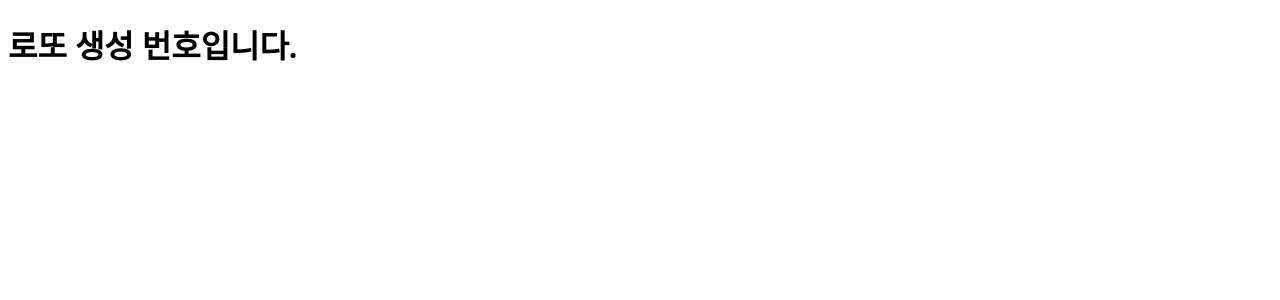
Repository: JongMin22/jsp.practice
Page: http://localhost/JSPBasic/JsPTag/TagQ03.jsp
An editor plug-in stored every save of this project. The page is shown before and after a run of saves, followed by the edit.
The browser window is 1280 px wide. The pictures show the whole page.
The page is served by Tomcat 9.

Above is the page before, as saved 2022-02-03 01:30:13.

After the next 3 saves:
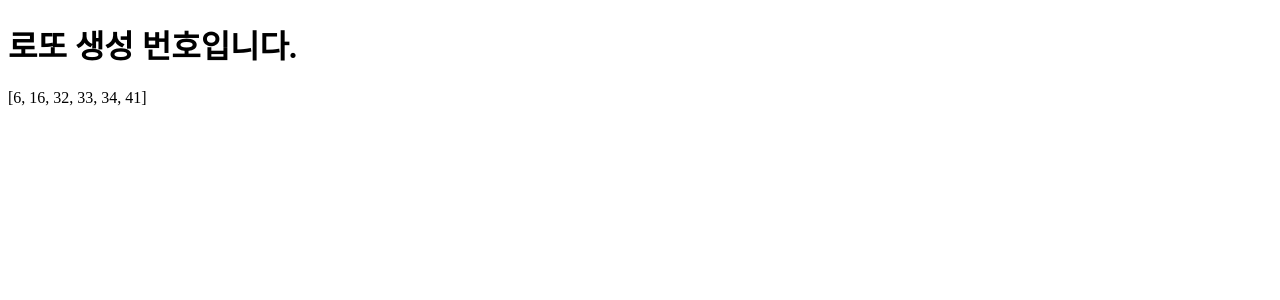
The 3 saves are shown as one change because 2 did not build or start.
The last was saved 61 s later.
--- a/JSPBasic/src/main/webapp/JsPTag/TagQ03.jsp
+++ b/JSPBasic/src/main/webapp/JsPTag/TagQ03.jsp
@@ -12,14 +12,14 @@
 <%
 List<Integer> lotto = new ArrayList();
 	int a = 0;
-	 while(lotto.size()!=6){
+	while(lotto.size()!=6){
 		a = (int)(Math.random()* 45 +1);
 	if(!lotto.contains(a)){lotto.add(a);}
 
 	Collections.sort(lotto);
 
 	 }
-
+	 out.println(lotto);
 
 
 %>
